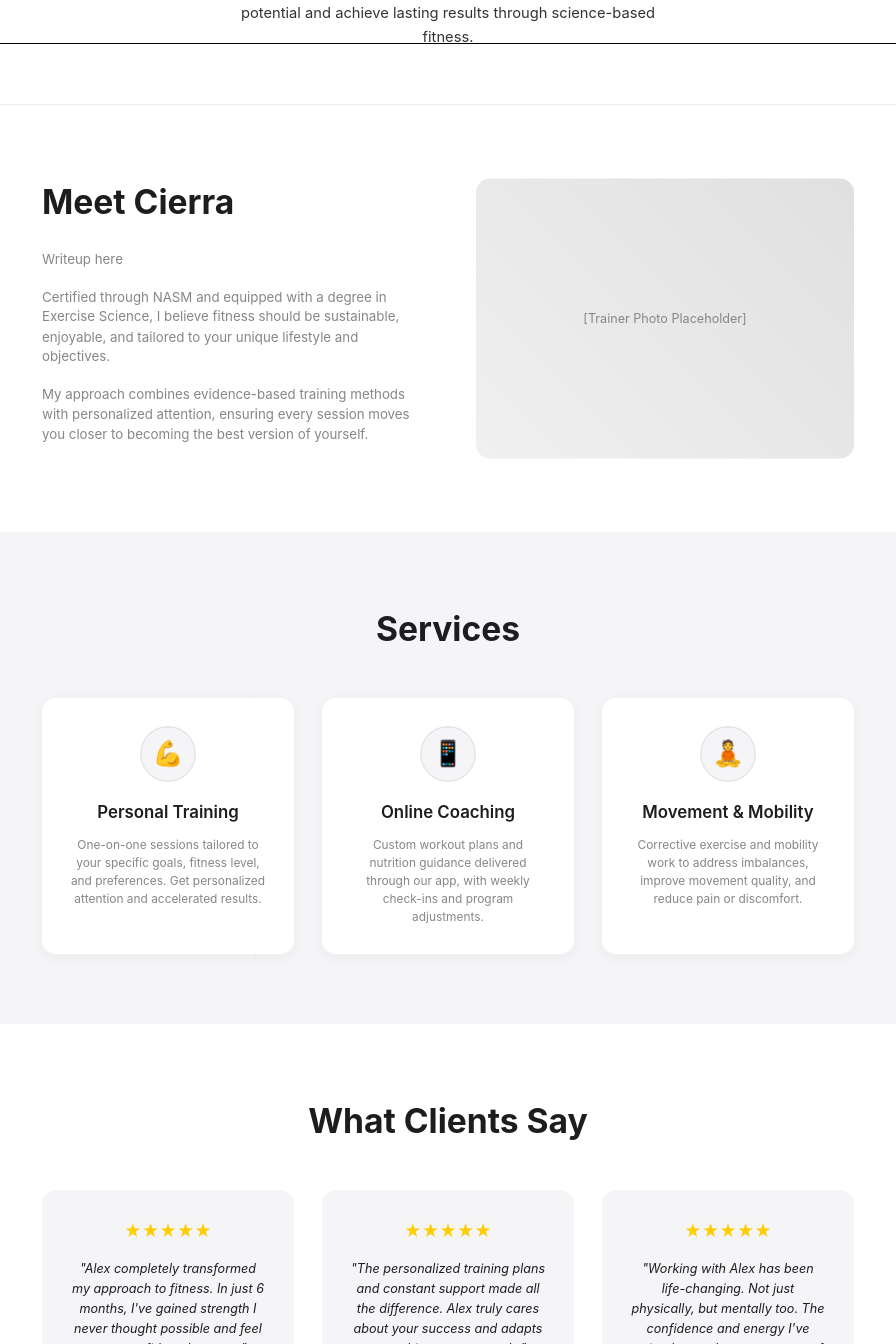
Repository: Hinuix/Ear-Website
Page: index.html
The author's editor kept a copy of each file at every save. The page is drawn from the files as they stood at one save, then again after a run of saves.
The browser window is 1280 px wide. The pictures show the part of the page from y = 303 to 2223 px (the page is 4326 px tall before and 4317 px after), at 70% of full size.

Above is the page before, as saved 2025-08-10 12:13:59.

After the next 3 saves:
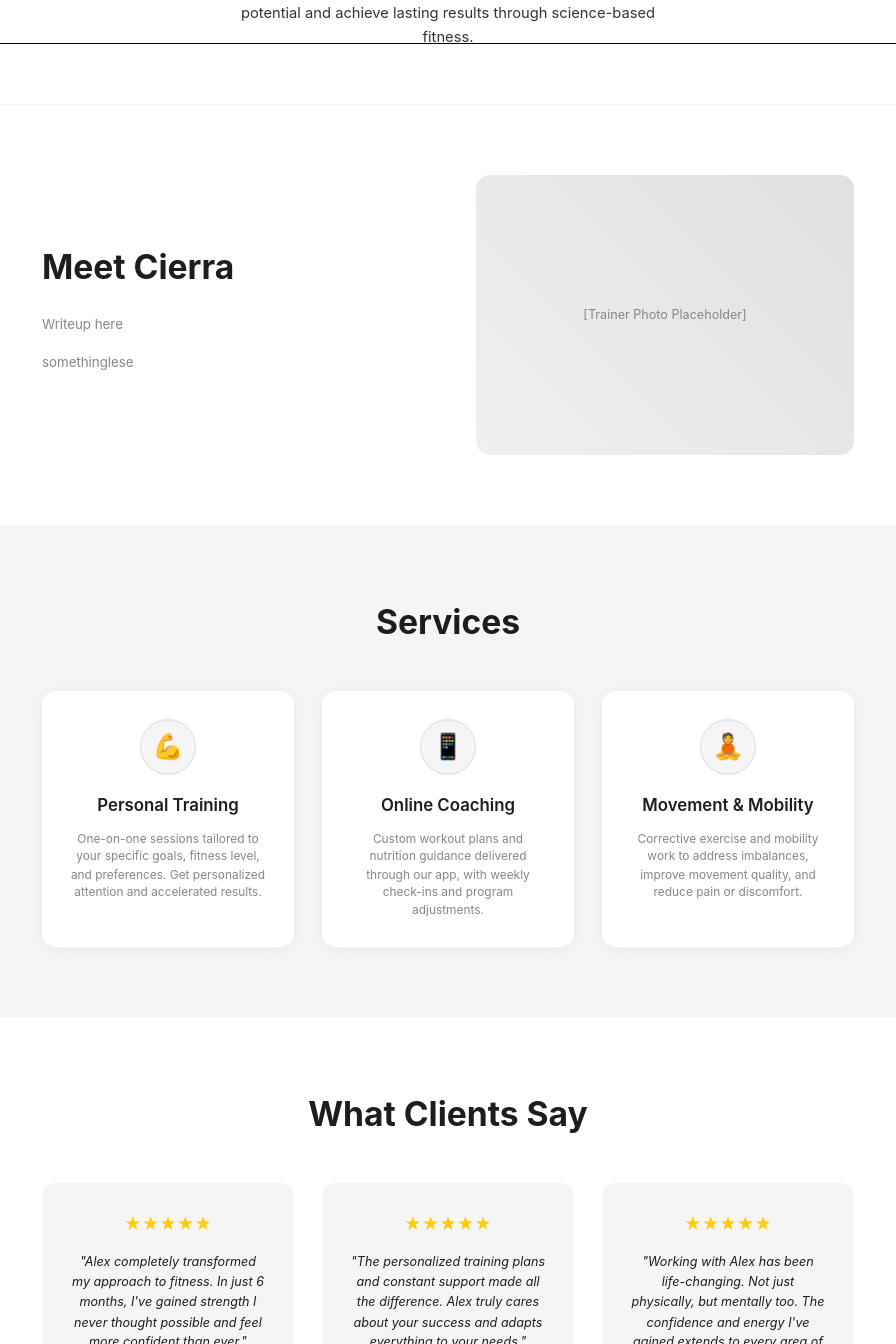
The 3 saves are shown as one change because they came seconds apart.
The last was saved 11 s later.
--- a/index.html
+++ b/index.html
@@ -496,8 +496,7 @@
                 <div class="about-text fade-in">
                     <h2>Meet Cierra</h2>
                     <p>Writeup here</p>
-                    <p>Certified through NASM and equipped with a degree in Exercise Science, I believe fitness should be sustainable, enjoyable, and tailored to your unique lifestyle and objectives.</p>
-                    <p>My approach combines evidence-based training methods with personalized attention, ensuring every session moves you closer to becoming the best version of yourself.</p>
+                    <p>somethinglese
                 </div>
                 <div class="about-image">
                     [Trainer Photo Placeholder]
